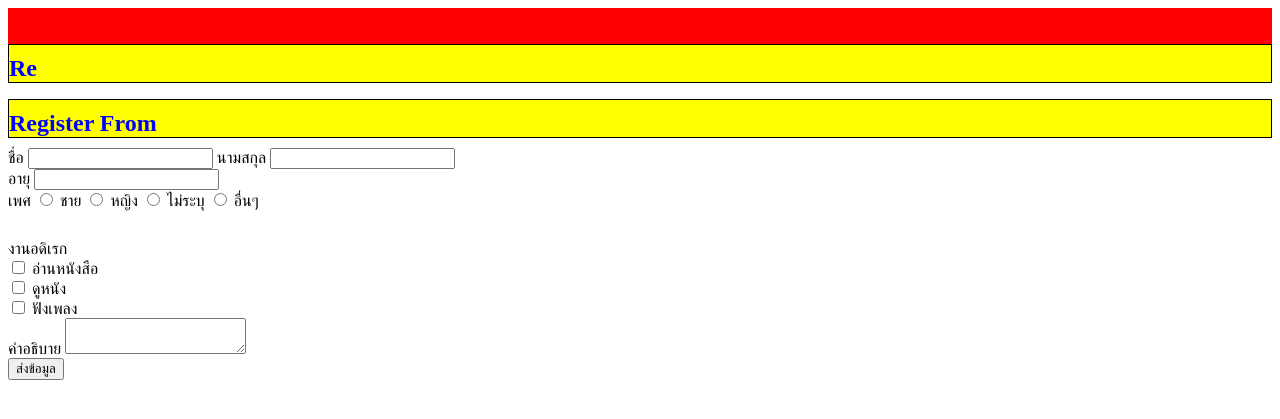
Repository: Onpreeya1/241-2567-820-
Page: index.html
These files come from the project's save history. The page is drawn as it stood at one moment and after a run of saves; the edit follows.
The browser window is 1280 px wide. The pictures show the whole page.

Above is the page before, as saved 2024-12-21 15:30:18.

After the next 4 saves:
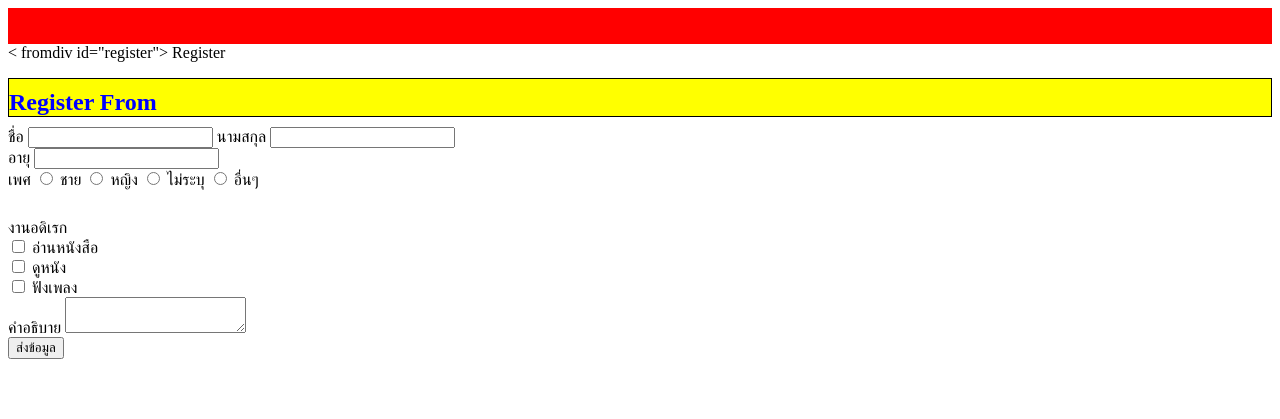
The 4 saves are shown as one change because they came seconds apart.
The last was saved 11 s later.
--- a/index.html
+++ b/index.html
@@ -40,8 +40,8 @@
 
 <body>
     <div class="box"></div>
-    <div id="register">
-        Re
+    < fromdiv id="register">
+        Register
     </div>
 
 

After the 2 saves that followed:
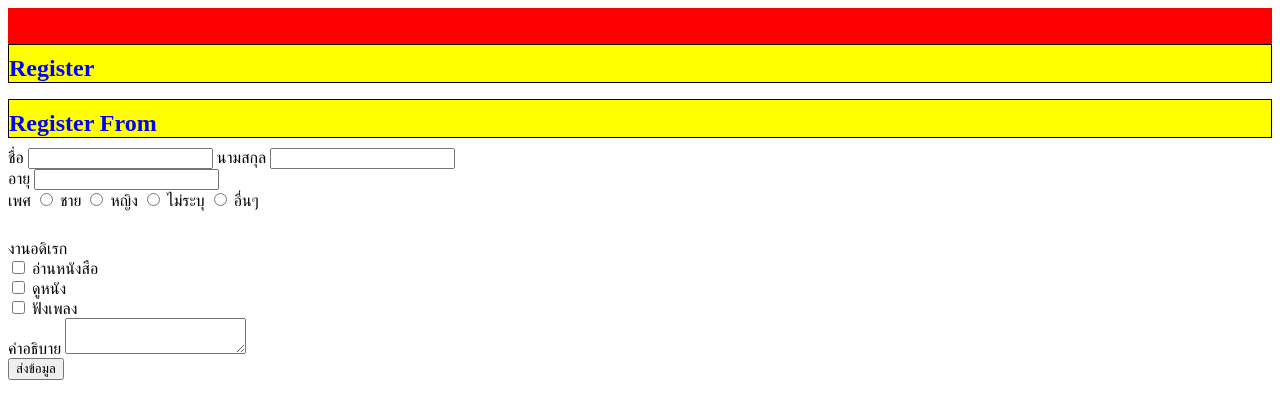
The 2 saves are shown as one change because they came seconds apart.
The last was saved 7 s later.
--- a/index.html
+++ b/index.html
@@ -40,7 +40,7 @@
 
 <body>
     <div class="box"></div>
-    < fromdiv id="register">
+    <div id="register">
         Register
     </div>
 
